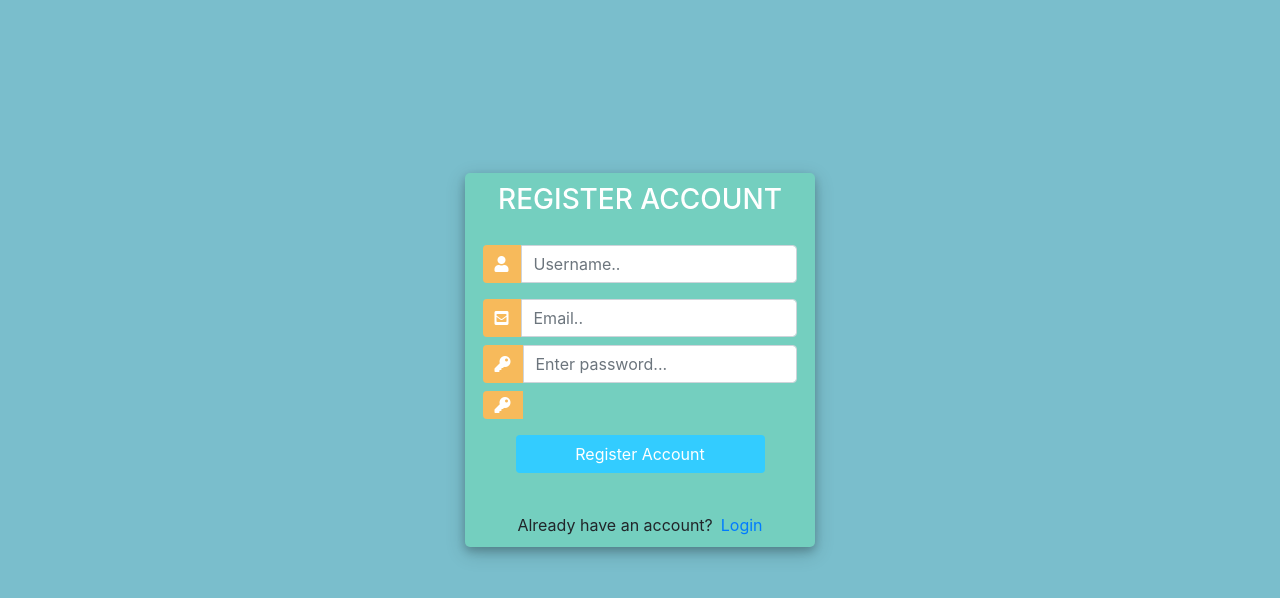
Repository: rohollah-naghipour/Login-form
Page: http://localhost/register/
An editor plug-in stored every save of this project. The page is shown before and after the next save, followed by the edit.
The browser window is 1280 px wide. The pictures show the whole page.
Some web libraries are served in a nearby version. The page is served by the project's application, run on Django 5.2 (manage.py).

Above is the page before, as saved 2025-05-22 20:23:20.

After the next save:
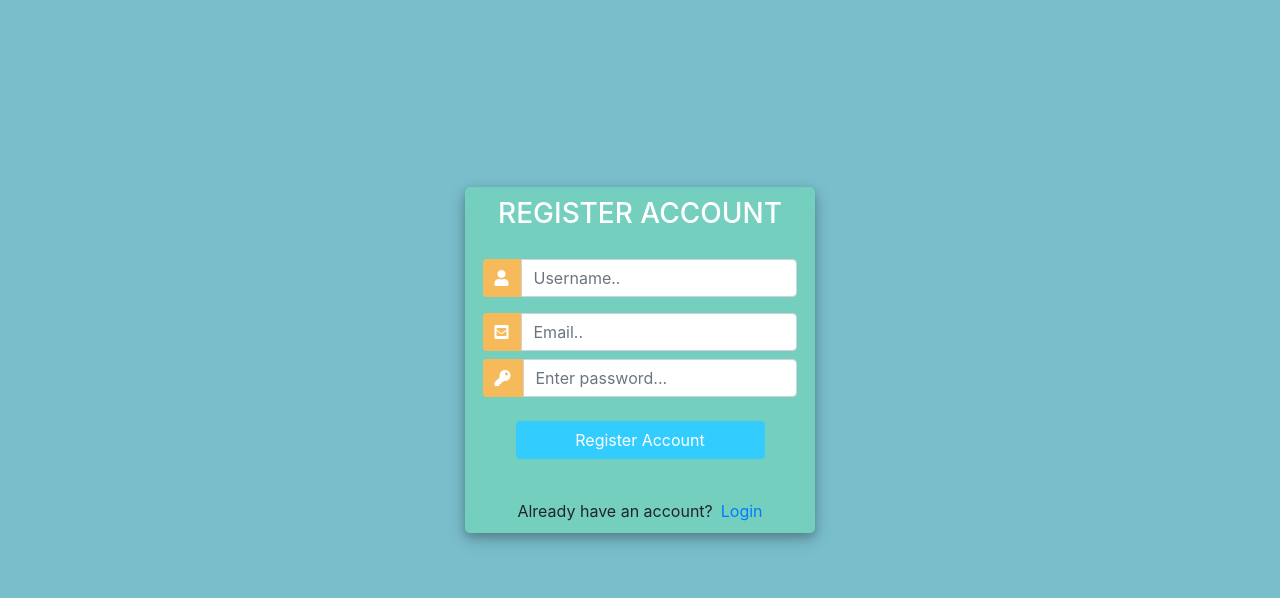
Saved 42 s later.
--- a/users/templates/register.html
+++ b/users/templates/register.html
@@ -97,9 +97,7 @@
 							<input class="login-input" type="password" id="password" name="password" placeholder="Password" required>
 						</div>
 						<div class="input-group mb-2">
-							<div class="input-group-append">
-								<span class="input-group-text"><i class="fas fa-key"></i></span>
-							</div>
+
 						</div>
 
 				   		<div class="d-flex justify-content-center mt-3 login_container">

After the save that followed:
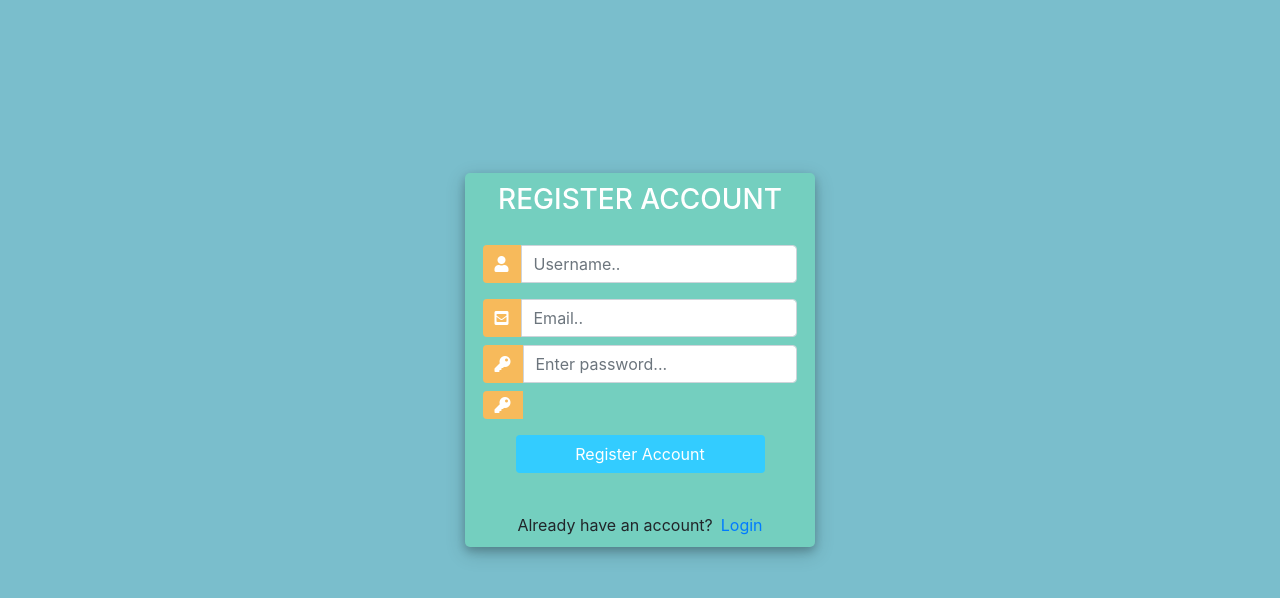
Saved 19 s later.
--- a/users/templates/register.html
+++ b/users/templates/register.html
@@ -97,7 +97,9 @@
 							<input class="login-input" type="password" id="password" name="password" placeholder="Password" required>
 						</div>
 						<div class="input-group mb-2">
-
+							<div class="input-group-append">
+								<span class="input-group-text"><i class="fas fa-key"></i></span>
+							</div>
 						</div>
 
 				   		<div class="d-flex justify-content-center mt-3 login_container">
